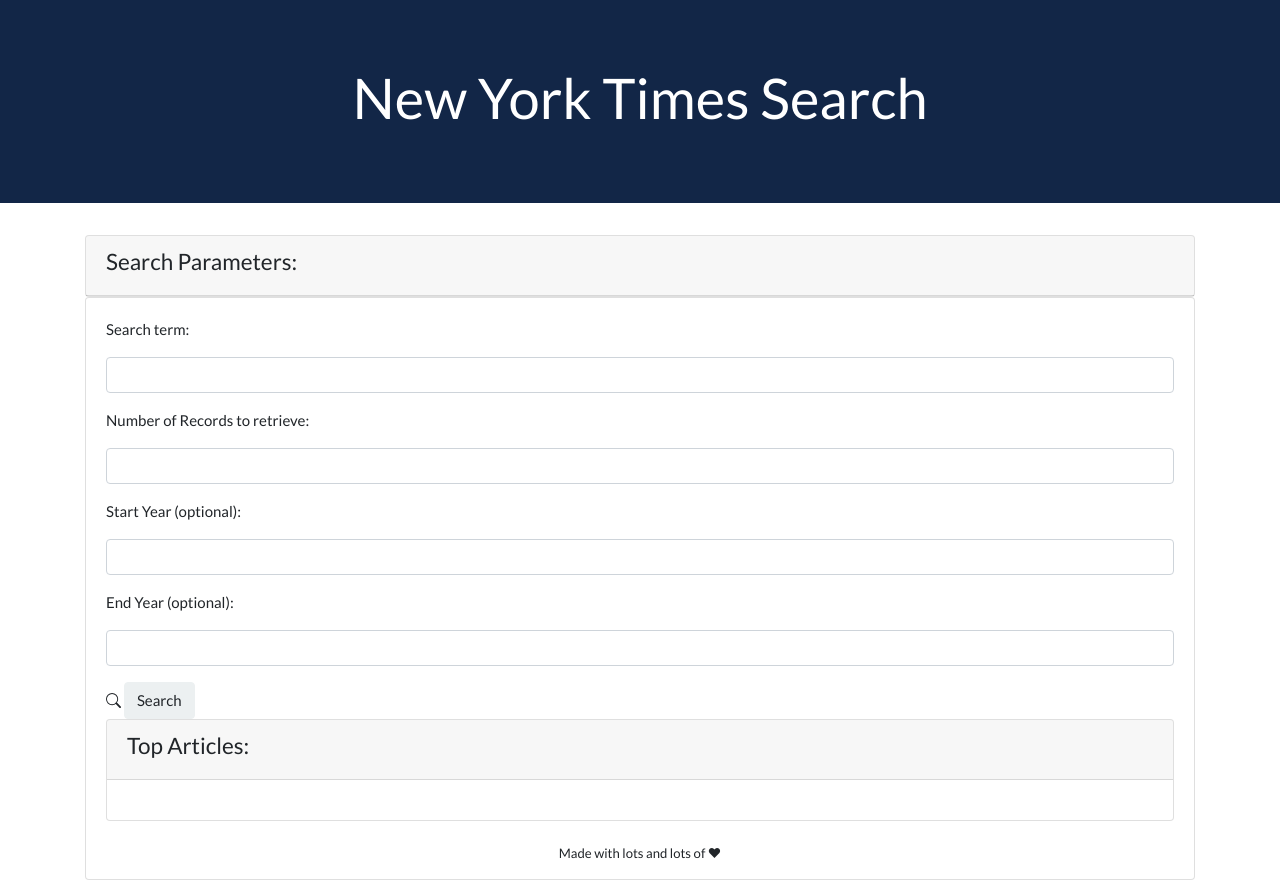
Repository: broganneagle/NYTSearch
Page: index.html
These files come from the project's save history. The page is drawn as it stood at one moment and after the next save; the edit follows.
The browser window is 1280 px wide. The pictures show the whole page.
The page's requests for data from a server got no answer. Some web libraries are served in a nearby version.

Above is the page before, as saved 2020-06-26 14:40:53.

### index.html
<!DOCTYPE html>
<html lang="en">

<head>
    <meta charset="UTF-8">
    <meta name="viewport" content="width=device-width, initial-scale=1.0">
    <title>NYT Search</title>
    <link rel="stylesheet" href="https://stackpath.bootstrapcdn.com/bootstrap/4.3.1/css/bootstrap.min.css" />
    <link href="https://stackpath.bootstrapcdn.com/bootswatch/4.5.0/flatly/bootstrap.min.css" rel="stylesheet"
        integrity="sha384-mhpbKVUOPCSocLzx2ElRISIORFRwr1ZbO9bAlowgM5kO7hnpRBe+brVj8NNPUiFs" crossorigin="anonymous">
    <link rel="stylesheet" href="https://cdnjs.cloudflare.com/ajax/libs/font-awesome/4.7.0/css/font-awesome.min.css">

   <style>
        .jumbotron {
            text-align: center;
            background-color: rgb(18, 38, 71);
            color: white;
        }

        footer {
            text-align: center;
        }
    </style>

</head>

<body>
    <div class="jumbotron jumbotron-fluid">
        <div class="container">
          <h1 class="display-4"> <i class="fas fa-newspaper"></i>New York Times Search</h1>
        </div>
      </div>

    <div class=container>
        <div class="card">
            <div class="card-header">
                <h4>Search Parameters:</h4>
            </div>
        </div>
        <div class="card">
            <div class="card-body">
                <p> Search term:</p>
                <div class="input-group mb-3">
                    <input type="text" class="form-control" id="#search"
                        aria-label="Recipient's username" aria-describedby="button-addon2">
                </div>
                <p>Number of Records to retrieve:</p>
                <div class="input-group mb-3">
                    <input type="text" class="form-control" id="#record"
                        aria-label="Recipient's username" aria-describedby="button-addon2">
                </div>
                <p>Start Year (optional):</p>
                <div class="input-group mb-3">
                    <input type="text" class="form-control" id="#startYear"
                        aria-label="Recipient's username" aria-describedby="button-addon2">
                </div>
                <p>End Year (optional):</p>
                <div class="input-group mb-3">
                    <input type="text" class="form-control" id="#endYear"
                        aria-label="Recipient's username" aria-describedby="button-addon2">
                </div>
                <div>
                <svg class="bi bi-search" width="1em" height="1em" viewBox="0 0 16 16" fill="currentColor" xmlns="http://www.w3.org/2000/svg">
                    <path fill-rule="evenodd" d="M10.442 10.442a1 1 0 0 1 1.415 0l3.85 3.85a1 1 0 0 1-1.414 1.415l-3.85-3.85a1 1 0 0 1 0-1.415z"/>
                    <path fill-rule="evenodd" d="M6.5 12a5.5 5.5 0 1 0 0-11 5.5 5.5 0 0 0 0 11zM13 6.5a6.5 6.5 0 1 1-13 0 6.5 6.5 0 0 1 13 0z"/>
                  </svg>
                  <button type="button" class="btn btn-light">Search</button>
                </div>
                <div class="card">
                    <div class="card-header">
                        <h4>Top Articles:</h4>
                    </div>
                    <div class="card-body">
                    </div>
                </div>
            </div>
    <script src="https://cdnjs.cloudflare.com/ajax/libs/jquery/3.2.1/jquery.min.js"></script>
    <script src="./script.js"></script>
</body>
<footer>
    <p><small>Made with lots and lots of &hearts;</small></p>
</footer>
</html>

### script.js
var apiKey = "nwp9hOhAs71BmaQWzGvIPQtygSo8JJtH";
var search = "";
var queryURL = "https://api.nytimes.com/svc/search/v2/articlesearch.json?" + search + "&api-key=" + apiKey;


$.ajax({
    url: queryURL,
    method: "GET"
}).then(function(response) {
    var articles = (response.response.docs);
    console.log(response);
    console.log(articles);

    console.log(articles[0].headline.main);
    console.log(articles[0].abstract);

});

After the next save:
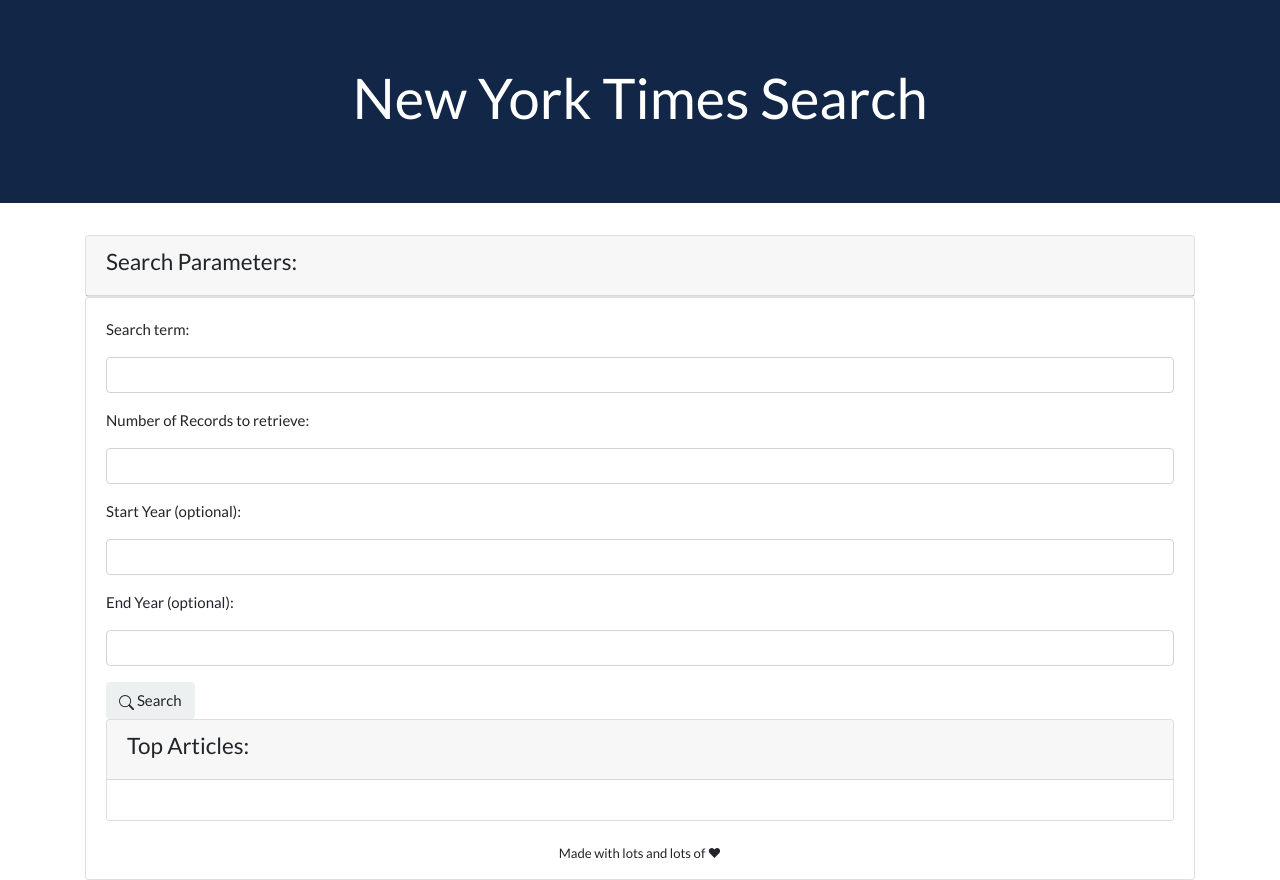
Saved 84 s later.
--- a/index.html
+++ b/index.html
@@ -60,11 +60,12 @@
                         aria-label="Recipient's username" aria-describedby="button-addon2">
                 </div>
                 <div>
-                <svg class="bi bi-search" width="1em" height="1em" viewBox="0 0 16 16" fill="currentColor" xmlns="http://www.w3.org/2000/svg">
+                    <button type="button" class="btn btn-light">
+                        <svg class="bi bi-search" width="1em" height="1em" viewBox="0 0 16 16" fill="currentColor" xmlns="http://www.w3.org/2000/svg">
                     <path fill-rule="evenodd" d="M10.442 10.442a1 1 0 0 1 1.415 0l3.85 3.85a1 1 0 0 1-1.414 1.415l-3.85-3.85a1 1 0 0 1 0-1.415z"/>
                     <path fill-rule="evenodd" d="M6.5 12a5.5 5.5 0 1 0 0-11 5.5 5.5 0 0 0 0 11zM13 6.5a6.5 6.5 0 1 1-13 0 6.5 6.5 0 0 1 13 0z"/>
                   </svg>
-                  <button type="button" class="btn btn-light">Search</button>
+                  Search </button>
                 </div>
                 <div class="card">
                     <div class="card-header">
